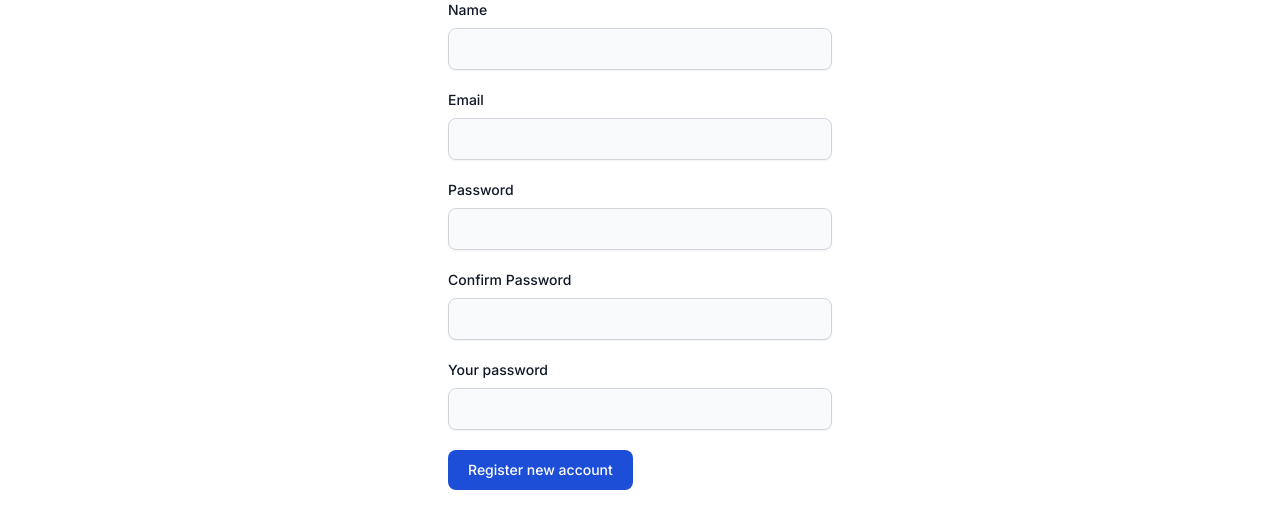
Repository: fatimash2123/next-todo
Page: /register
These files come from the project's save history. The page is drawn as it stood at one moment and after a run of saves; the edit follows.
The browser window is 1280 px wide. The pictures show the whole page.
The project was rebuilt for these pictures with package versions that can differ from the ones it lists, and the page was loaded fresh each time. The framework's server and built-in components were replaced by stand-ins that run in the browser. Also part of the build but not shown: next.config.mjs.

Above is the page before, as saved 2024-02-13 12:13:48.

After the next 2 saves:
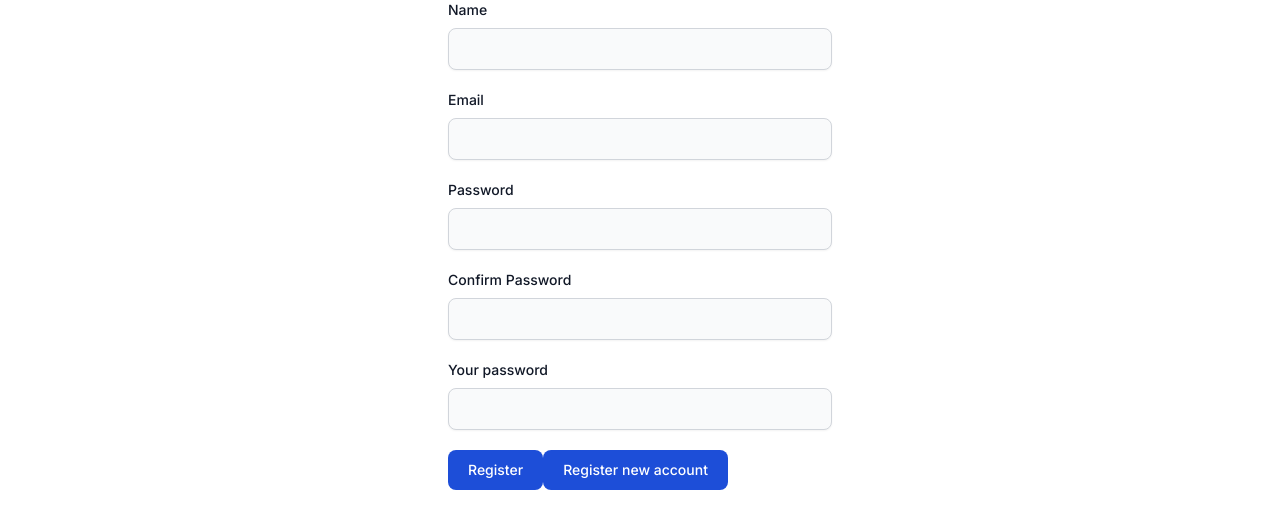
The 2 saves are shown as one change because 1 did not build or start.
The last was saved 67 s later.
--- a/app/register/page.tsx
+++ b/app/register/page.tsx
@@ -1,5 +1,8 @@
 import Input from "../components/Input";
+import Button from "../components/Button";
 export default function Register() {
+  const register = () => {};
+
   return (
     <form className="max-w-sm mx-auto">
       <Input title={"Name"} type={"text"} name={"name"} />
@@ -20,6 +23,7 @@ export default function Register() {
           required
         />
       </div>
+      <Button title={"Register"} handleOnClick={register} />
       <button
         type="submit"
         className="text-white bg-blue-700 hover:bg-blue-800 focus:ring-4 focus:outline-none focus:ring-blue-300 font-medium rounded-lg text-sm px-5 py-2.5 text-center dark:bg-blue-600 dark:hover:bg-blue-700 dark:focus:ring-blue-800"
